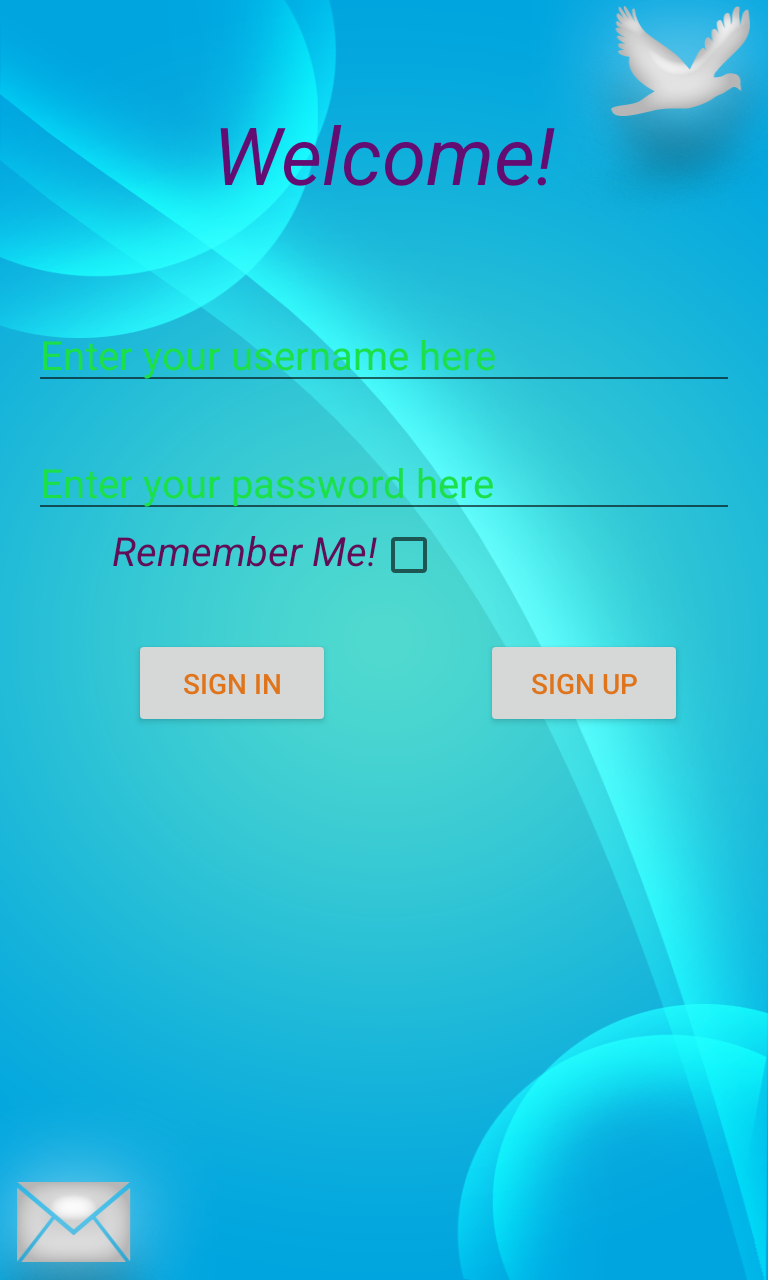
Repository: JodyCoolit/android
Layout: Delivery/res/layout/activity_login.xml
The author's editor kept a copy of each file at every save. The layout is drawn from the files as they stood at one save, then again after the next save.
It is drawn on a 768 x 1280 px phone screen (xhdpi) without system bars, with theme AppTheme; the app's code is not run.

Above is the layout before, as saved 2014-08-25 02:27:34.

### Delivery/res/layout/activity_login.xml
<?xml version="1.0" encoding="utf-8"?>
<LinearLayout xmlns:android="http://schemas.android.com/apk/res/android"
    android:layout_width="match_parent"
    android:layout_height="match_parent"
    android:paddingLeft="16dp"
    android:paddingRight="16dp"
    android:orientation="vertical"
    android:background="@drawable/bg_login"
    >

    <TextView
        android:layout_marginTop="50sp"
        android:layout_width="wrap_content"
        android:layout_height="wrap_content"
        android:text="@string/welcome"
        android:textSize="40sp"
        android:layout_gravity="center"
        android:textStyle="italic"
        android:textColor="#630D73"
         />
	<EditText
	    android:id="@+id/et_login_username"
	    android:singleLine="true"
	    android:textColorHint="#1BE049"
	    android:textColor="#1BE011"
	    android:layout_marginTop="50sp"
	    android:textSize="20sp"
        android:layout_width="match_parent"
        android:layout_height="wrap_content"
        android:hint="@string/hint_username" />
    <EditText
        android:id="@+id/et_login_password"
        android:singleLine="true"
        android:textColor="#1BE011"
        android:textColorHint="#1BE049"
        android:layout_marginTop="20sp"
        android:textSize="20sp"
        android:layout_width="match_parent"
        android:layout_height="wrap_content"
        android:gravity="top"
        android:inputType="textPassword"
        android:hint="@string/hint_password" />

    <LinearLayout
        android:layout_width="match_parent"
    	android:layout_height="wrap_content"
    	android:orientation="horizontal">
    	<TextView
    	android:layout_marginLeft="40sp"
        android:layout_width="wrap_content"
        android:layout_height="wrap_content"
        android:text="@string/rememberMe"
        android:textSize="20sp"
        android:textStyle="italic"
        android:textColor="#620D55"
         />
    	<CheckBox
        android:id="@+id/cb_rememberMe"
        android:layout_width="wrap_content"
        android:layout_height="wrap_content"
        />
    </LinearLayout>
    <LinearLayout
        android:layout_width="match_parent"
    	android:layout_height="wrap_content">
        <Button
            android:id="@+id/btn_signin"
	        android:textColor="#E0741B"
	        android:layout_marginTop="10sp"
	        android:layout_marginLeft="50sp"
	        android:layout_width="100dp"
	        android:layout_height="wrap_content"
	        android:layout_gravity="center"
	        android:text="@string/btn_signin" />

        <ProgressBar
        android:id="@+id/pb_login"
        style="?android:attr/progressBarStyleLarge"
        android:layout_width="wrap_content"
        android:layout_height="wrap_content" />

     	<Button
         	android:id="@+id/btn_signup"
	        android:textColor="#E0741B"
	        android:layout_marginTop="10sp"
	        android:layout_marginLeft="0sp"
	        android:layout_width="100dp"
	        android:layout_height="wrap_content"
	        android:layout_gravity="center"
	        android:text="@string/btn_signup" />
    </LinearLayout>

</LinearLayout>

### Delivery/res/values/strings.xml
<?xml version="1.0" encoding="utf-8"?>
<resources>
    <string name="app_name">Delivery</string>
    <string name="signup">Sign Up</string>

    <!-- LoginActivity -->
    <string name="welcome">Welcome!</string>
    <string name="rememberMe"> Remember Me!</string>
	<string name="btn_signin">Sign in</string>
	<string name="btn_signup">Sign up</string>
	<string name="hint_username">Enter your username here</string>
	<string name="hint_password">Enter your password here</string>

	<!--  SignupActivity -->
	<string name="tv_signup_username">Username : </string>
	<string name="tv_signup_password">Password : </string>
	<string name="hint_signup_username">E-mail/Username/IC</string>
	<string name="hint_signup_password">Case Sencetive</string>
	<string name="hint_signup_address">Address for delivery</string>
	<string name="tv_signup_phone">Phone : </string>
	<string name="tv_signup_email">E-mail : </string>
	<string name="tv_signup_address">Address : </string>
	<string name="btn_signup_register">Register Now!</string>
</resources>

Loaded but not shown: Delivery/res/values/styles.xml (common file); Delivery/res/values-v11/styles.xml (common file); Delivery/res/values-v14/styles.xml (common file)

After the next save:
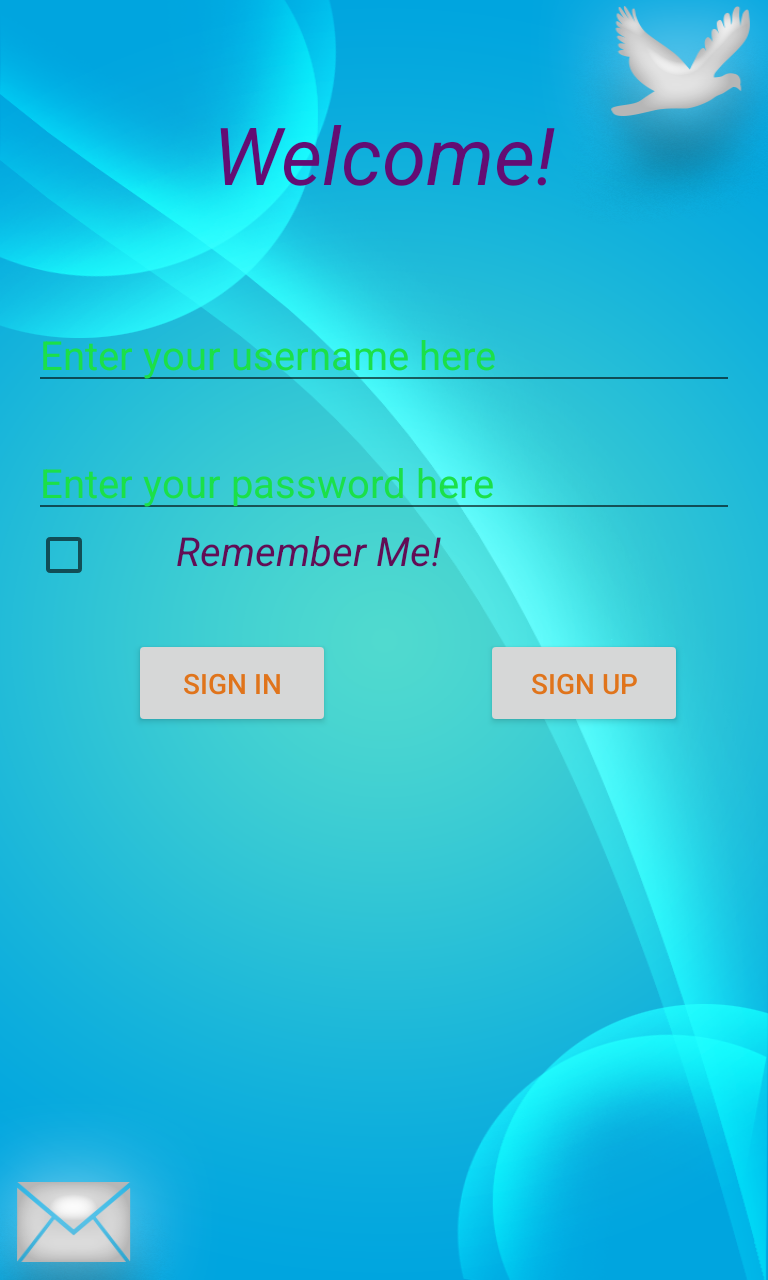
Saved 19 s later.
--- a/Delivery/res/layout/activity_login.xml
+++ b/Delivery/res/layout/activity_login.xml
@@ -45,6 +45,11 @@
         android:layout_width="match_parent"
     	android:layout_height="wrap_content"
     	android:orientation="horizontal">
+    	<CheckBox
+        android:id="@+id/cb_rememberMe"
+        android:layout_width="wrap_content"
+        android:layout_height="wrap_content"
+        />
     	<TextView
     	android:layout_marginLeft="40sp"
         android:layout_width="wrap_content"
@@ -54,11 +59,6 @@
         android:textStyle="italic"
         android:textColor="#620D55"
          />
-    	<CheckBox
-        android:id="@+id/cb_rememberMe"
-        android:layout_width="wrap_content"
-        android:layout_height="wrap_content"
-        />
     </LinearLayout>
     <LinearLayout
         android:layout_width="match_parent"
